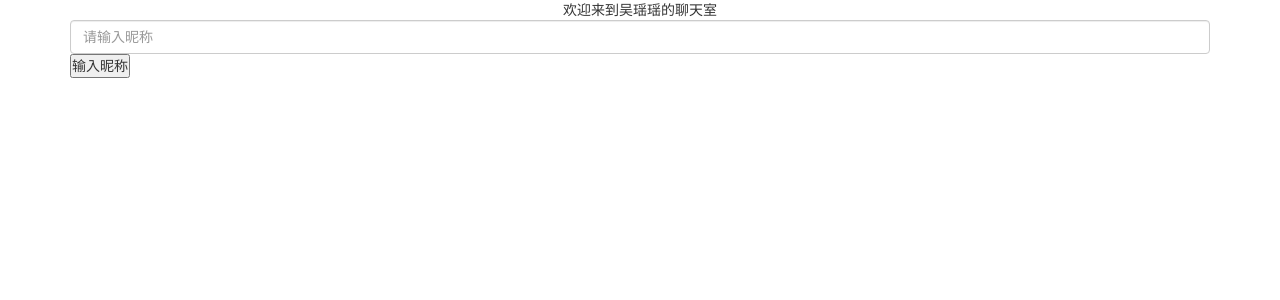
Repository: wyy511/node-socket.io
Page: client.html
The author's editor kept a copy of each file at every save. The page is drawn from the files as they stood at one save, then again after the next save.
The browser window is 1280 px wide. The pictures show the whole page.
The page's requests for data from a server got no answer. Some web libraries are served in a nearby version.

Above is the page before, as saved 2019-11-20 23:35:01.
Console error (its wording comes from the project's code and is left out).

After the next save:
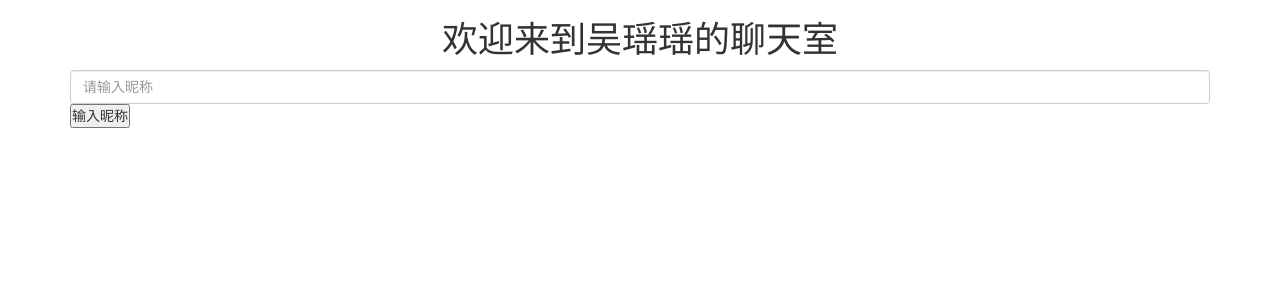
Saved 10 s later.
--- a/client.html
+++ b/client.html
@@ -25,7 +25,7 @@
 <body>
   <div class="container">
     <header>
-      <div class="title">欢迎来到吴瑶瑶的聊天室</div>
+      <h1 class="title">欢迎来到吴瑶瑶的聊天室</h1>
     </header>
     <div>
       <div id="nameBox">
